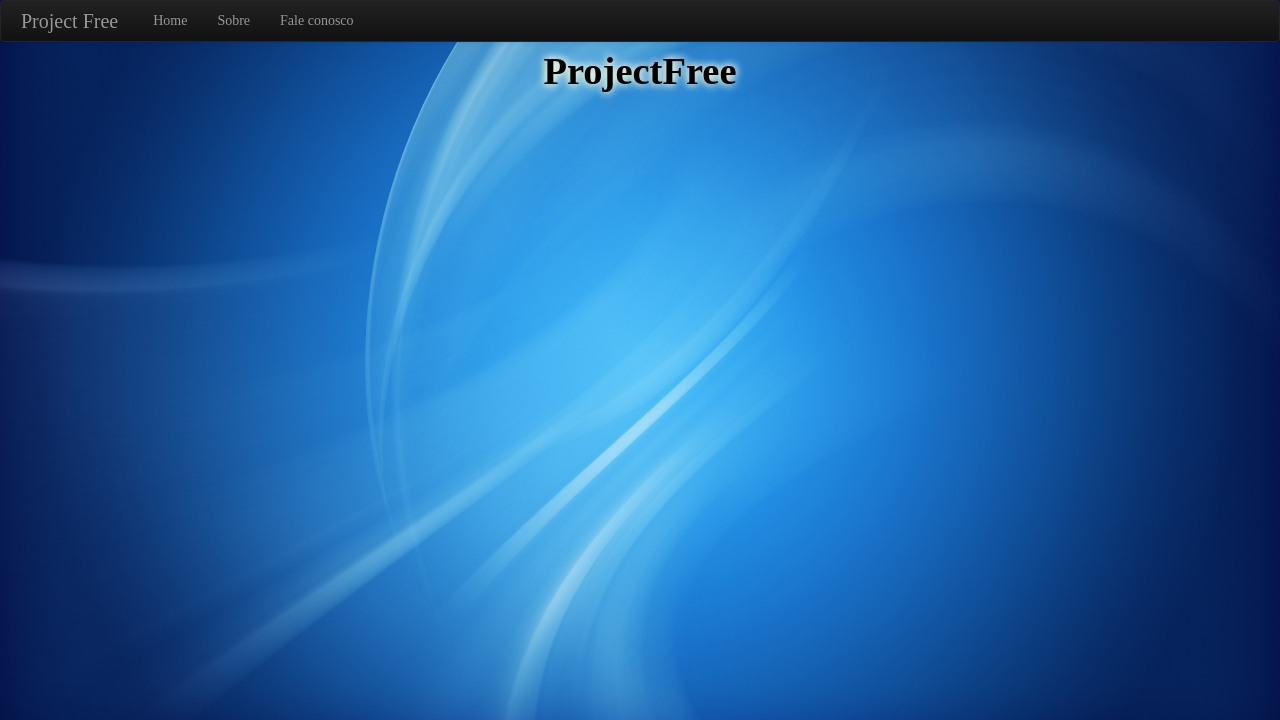
Repository: BrunoRB/ProjetoBanco
Page: http://localhost/templates/header.php
These files come from the project's save history. The page is drawn as it stood at one moment and after the next save; the edit follows.
The browser window is 1280 px wide. The pictures show the whole page.
The page is run by PHP 8.4 with error messages shown; the project is at /var/www/html/.

Above is the page before, as saved 2013-06-14 03:37:51.

After the next save:
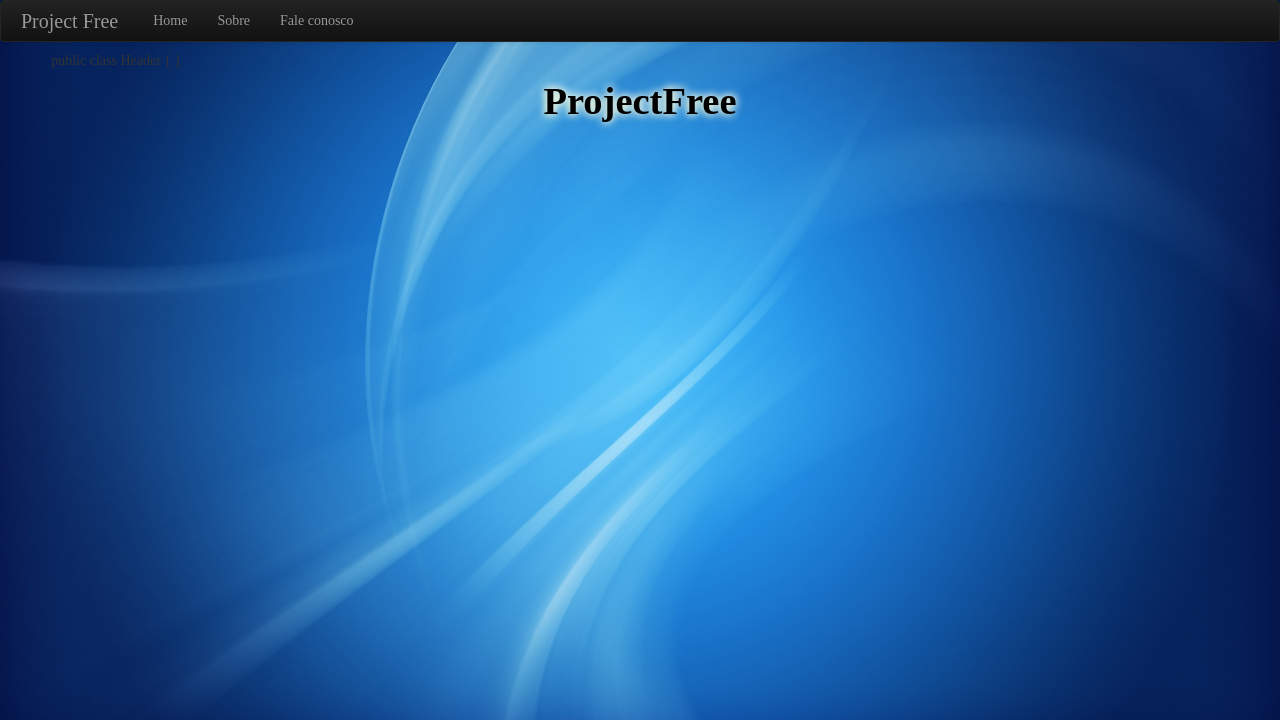
Saved 2 min 30 s later.
--- a/codigo/ProjectFree/templates/header.php
+++ b/codigo/ProjectFree/templates/header.php
@@ -1,3 +1,7 @@
+
+
+public class Header {
+}
 <!DOCTYPE HTML>
 
 <html lang="pt-BR">

After the save that followed:
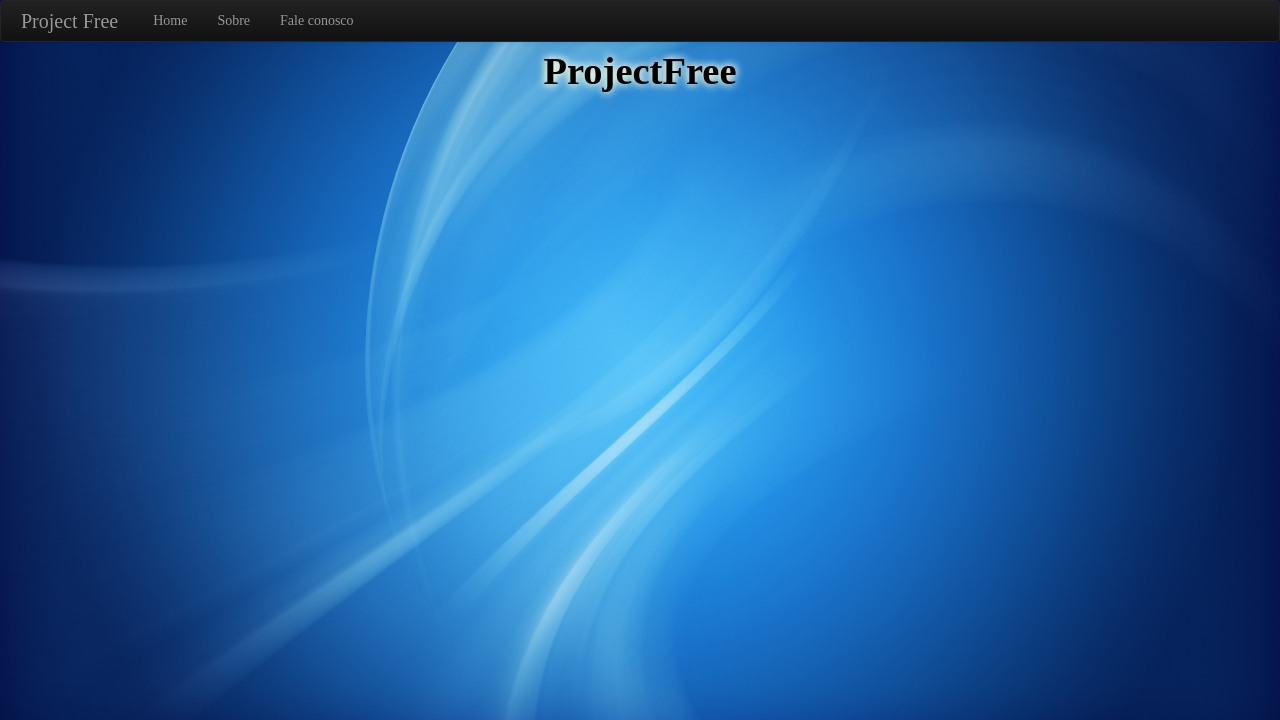
Saved 7 s later.
--- a/codigo/ProjectFree/templates/header.php
+++ b/codigo/ProjectFree/templates/header.php
@@ -1,7 +1,9 @@
 
 
-public class Header {
-}
+<?php
+
+
+?>
 <!DOCTYPE HTML>
 
 <html lang="pt-BR">
